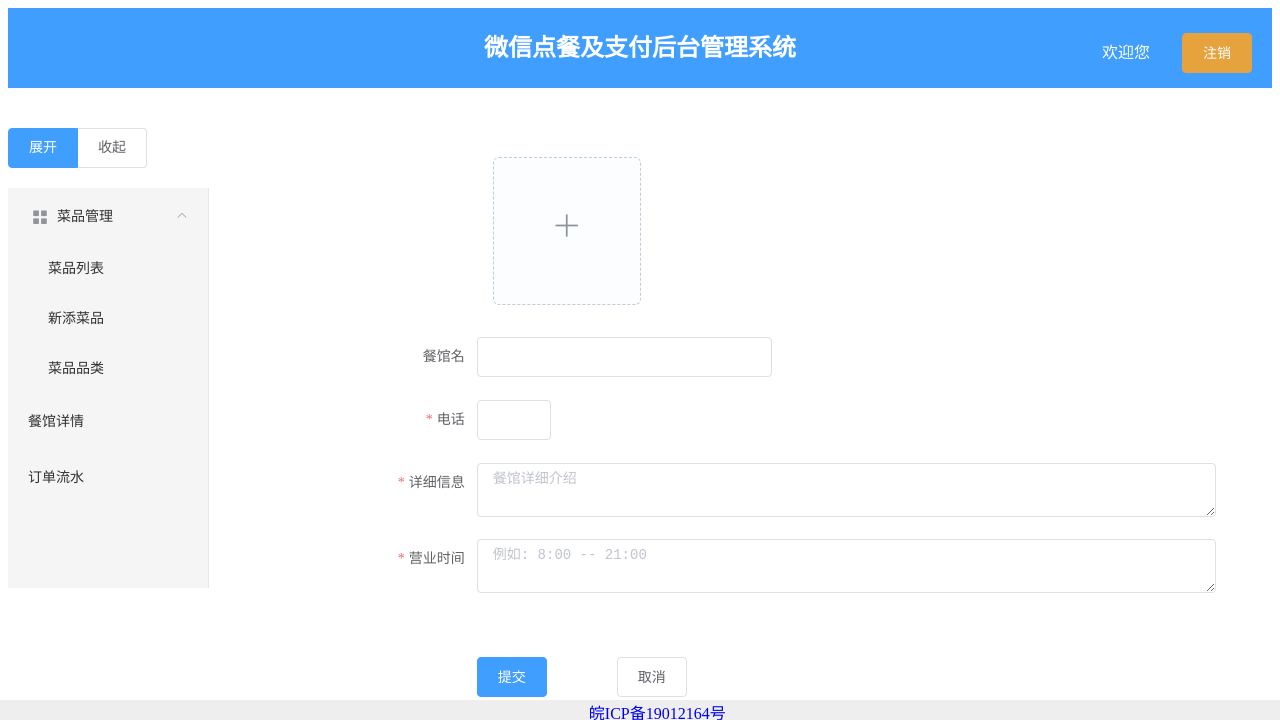
Repository: align-shi/order-web
Page: /pointpayment/hotelTable
An editor plug-in stored every save of this project. The page is shown before and after the next save, followed by the edit.
The browser window is 1280 px wide. The pictures show the whole page.
The page's requests for data from a server got no answer. The project was rebuilt for these pictures with package versions that can differ from the ones it lists, and the page was loaded fresh each time. No one was signed in, and anything a server would have sent is missing. Also part of the build but not shown: src/pages/login.vue.

Above is the page before, as saved 2020-03-11 21:01:49.

After the next save:
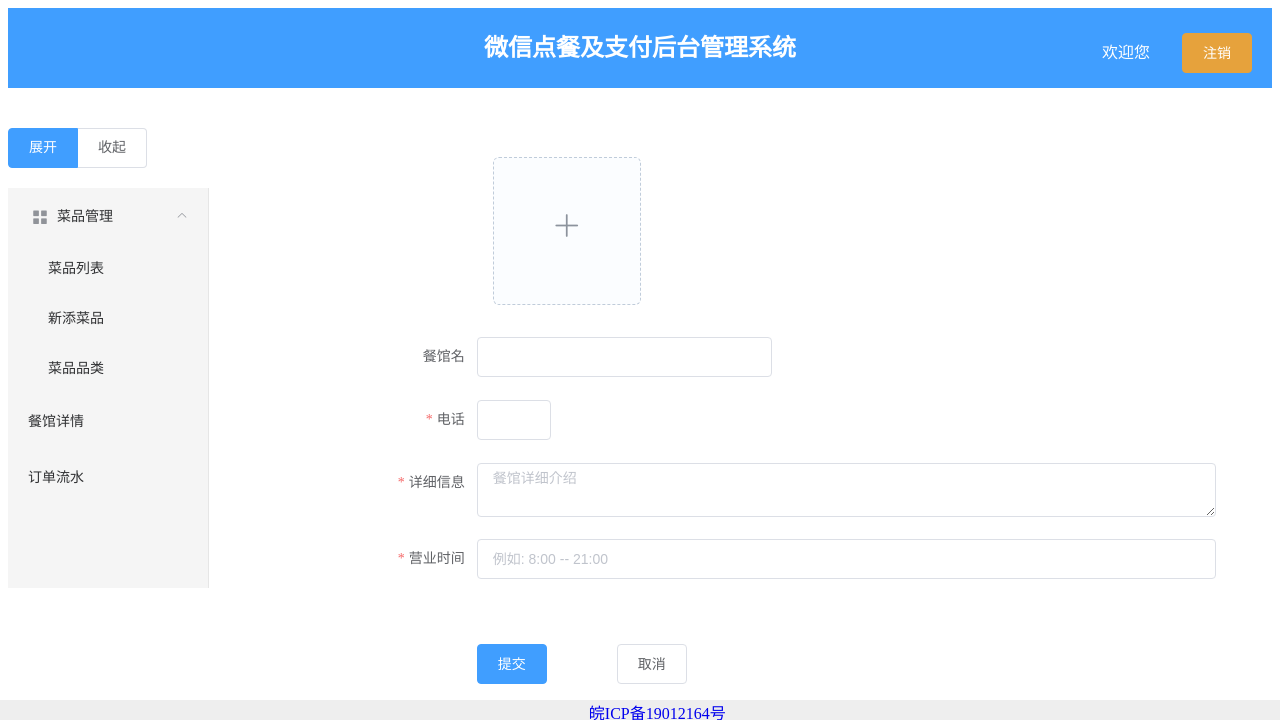
Saved 28 s later.
--- a/src/components/hotelTable.vue
+++ b/src/components/hotelTable.vue
@@ -32,7 +32,7 @@
             </el-form-item>
 
             <el-form-item label="营业时间" prop="price">
-                <el-input type="textarea" rows="2" placeholder="例如: 8:00 -- 21:00" v-model="textarea">
+                <el-input  placeholder="例如: 8:00 -- 21:00" v-model="textarea">
                 </el-input>
             </el-form-item>
 
